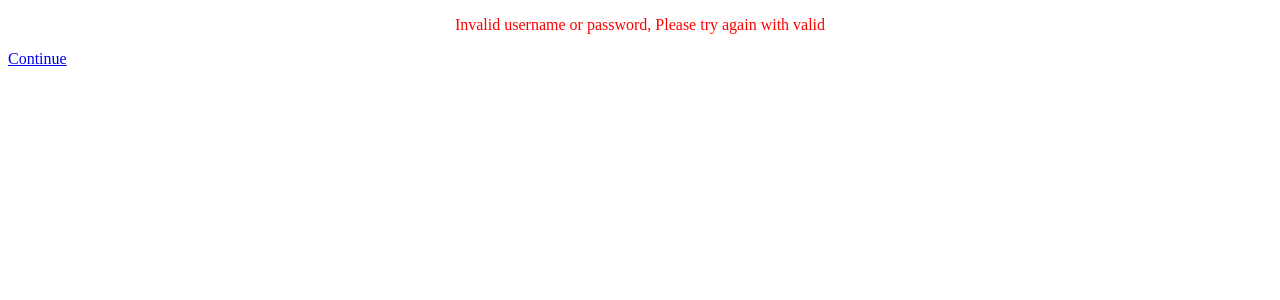
Repository: Berilinanir/Login-Logout-System
Page: Loginn/WebContent/error.html
These files come from the project's save history. The page is drawn as it stood at one moment and after the next save; the edit follows.
The browser window is 1280 px wide. The pictures show the whole page.

Above is the page before, as saved 2018-10-14 09:12:30.

After the next save:
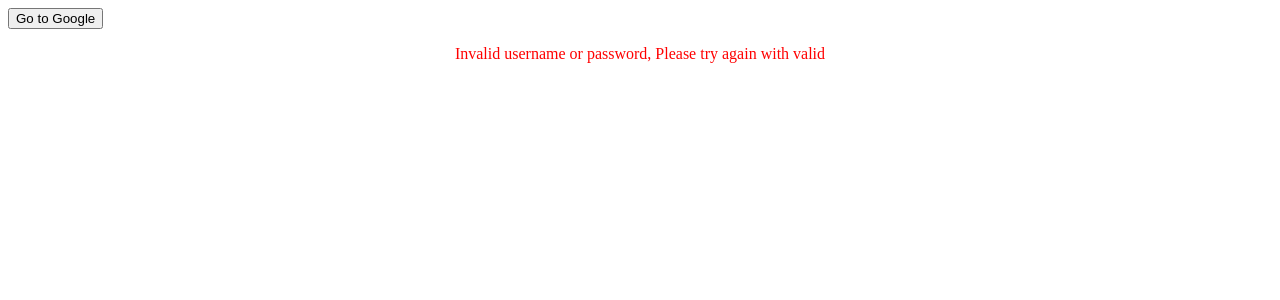
Saved 62 s later.
--- a/Loginn/WebContent/error.html
+++ b/Loginn/WebContent/error.html
@@ -6,6 +6,9 @@
 
 <link rel="stylesheet" href="style4.css">
 
+<form action="login.html">
+    <input type="submit" value="Go to Google" />
+</form>
 
 </head>
 <body>
@@ -14,7 +17,7 @@
 
 <p style="color:red" align="center"  >Invalid username or password, Please try again with valid </p>
 
-<a href="/link/to/login.html">Continue</a>
+
 
 
 
